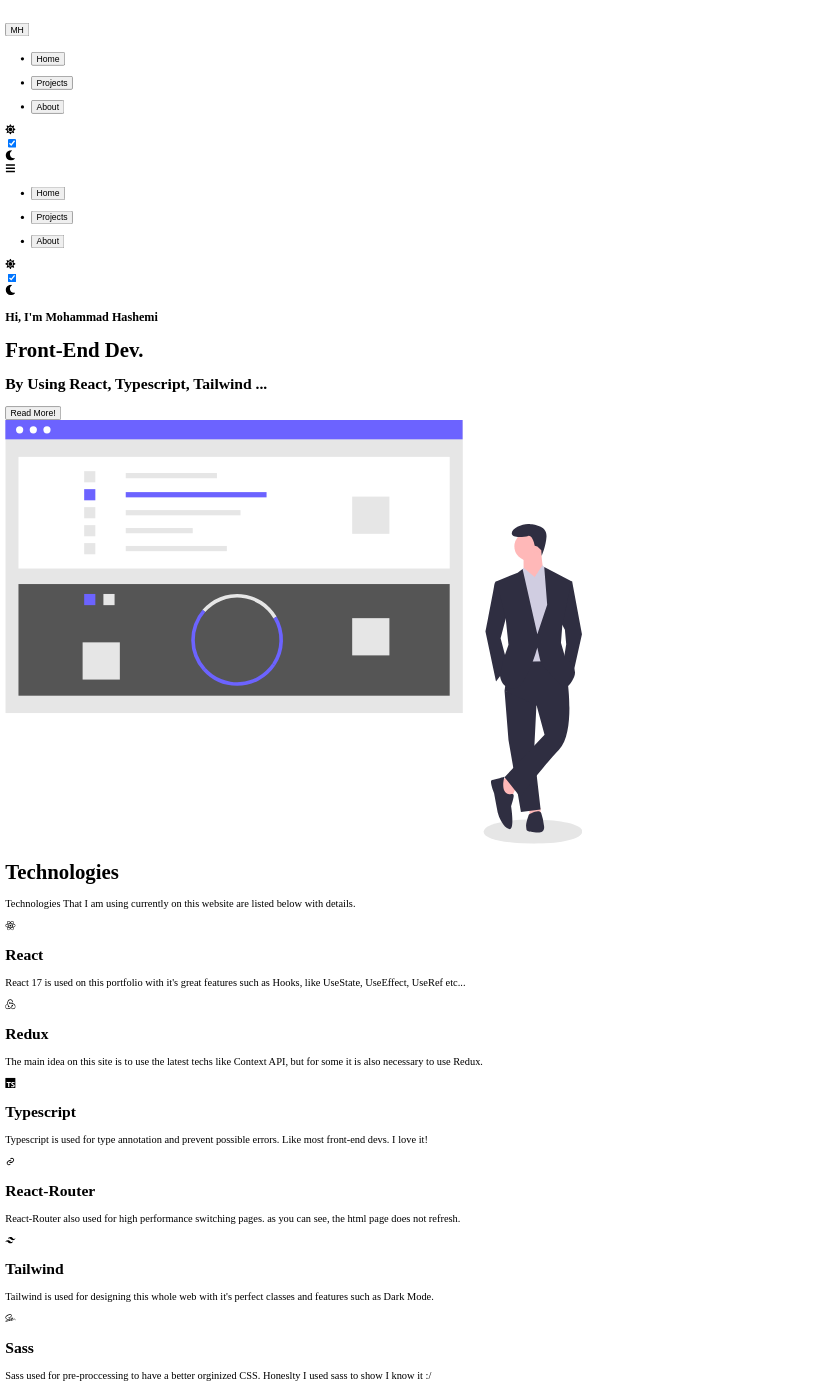
Repository: SMohammadH/react-typescript-tailwind
Page: /
An editor plug-in stored every save of this project. The page is shown before and after a run of saves, followed by the edit.
The browser window is 1280 px wide. The pictures show the whole page, at 65% of full size.
The project was rebuilt for these pictures with package versions that can differ from the ones it lists, and the page was loaded fresh each time. Also part of the build but not shown: craco.config.js.

Above is the page before, as saved 2021-02-05 06:19:35.

### src/index.css
.dark {
  --color-bg-primary: #2d3748;
  --color-bg-secondary: #283141;
  --color-text-primary: #f7fafc;
  --color-text-secondary: #e2e8f0;
  --color-text-accent: #c5b358;
}

.light {
  --color-bg-primary: #ffffff;
  --color-bg-secondary: #edf2f7;
  --color-text-primary: #2d3748;
  --color-text-secondary: #4a5568;
  --color-text-accent: #2b6cb0;
}

@import 'tailwindcss/base';
@import 'tailwindcss/components';
@import 'tailwindcss/utilities';

### src/App.tsx
import './App.css';
import 'tailwindcss/tailwind.css';
import { ThemeProvider } from './dark-mode/themeContext';
import { Navbar } from './components/Navbar';
import { FirstSection } from './components/FirstSection';
import { SecondSection } from './components/SecondSection';

const App: React.FC = () => {
  return (
    <div>
      <ThemeProvider>
        <Navbar />
        <div className="">
          <FirstSection />
          <SecondSection />
        </div>
      </ThemeProvider>
    </div>
  );
};

export default App;

### src/App.css
.font-gold {
  color: #c5b358;
}

### src/dark-mode/themeContext.tsx
import React from 'react';

const getInitialTheme = () => {
  if (typeof window !== 'undefined' && window.localStorage) {
    const storedPrefs = window.localStorage.getItem('color-theme');
    if (typeof storedPrefs === 'string') {
      return storedPrefs;
    }

    const userMedia = window.matchMedia('(prefers-color-scheme: dark)');
    if (userMedia.matches) {
      return 'dark';
    }
  }

  // If you want to use light theme as the default, return "light" instead
  return 'dark';
};

interface IContextProps {
  theme: string;
  setTheme: React.Dispatch<React.SetStateAction<string>>;
}
// Remember if You wanna uncomment above remove null in the next line.
export const ThemeContext = React.createContext({} as IContextProps);

interface ThemeProps {
  initialTheme?: any;
  children: any;
}

export const ThemeProvider: React.FC<ThemeProps> = ({
  initialTheme,
  children,
}) => {
  const [theme, setTheme] = React.useState(getInitialTheme);

  const rawSetTheme = (theme: string) => {
    const root = window.document.documentElement;
    const isDark = theme === 'dark';

    root.classList.remove(isDark ? 'light' : 'dark');
    root.classList.add(theme);

    localStorage.setItem('color-theme', theme);
  };

  if (initialTheme) {
    rawSetTheme(initialTheme);
  }

  React.useEffect(() => {
    rawSetTheme(theme);
  }, [theme]);

  return (
    <ThemeContext.Provider value={{ theme, setTheme }}>
      {children}
    </ThemeContext.Provider>
  );
};

### src/components/Navbar.tsx
import { useState } from 'react';
import { Toggle } from '../dark-mode/toggle';
import { FaBars } from 'react-icons/fa';

export const Navbar = () => {
  const [hidden, setHidden] = useState('');
  const onClick = () => {
    hidden ? setHidden('') : setHidden('hidden');
  };
  return (
    <div className="bg-gray-800 text-gray-100  fixed  w-full z-10">
      <div className="max-w-screen-xl mx-auto px-2 sm:px-6 lg:px-8">
        <div className=" relative flex items-center justify-between h-16">
          <div>
            <h1 className="text-3xl font-gold">
              <button className="focus:outline-none">MH</button>
            </h1>
          </div>

          <div className="hidden md:flex">
            <div className="flex space-x-9 text-lg">
              <ul>
                <li>
                  <button className="hover:text-accent focus:outline-none">
                    Home
                  </button>
                </li>
              </ul>
              <ul>
                <li>
                  <button className="hover:text-accent focus:outline-none">
                    Projects
                  </button>
                </li>
              </ul>
              <ul>
                <li>
                  <button className="hover:text-accent focus:outline-none">
                    About
                  </button>
                </li>
              </ul>
            </div>
            <div className="ml-9 self-center">
              <Toggle />
            </div>
          </div>

          <div className="px-4 cursor-pointer md:hidden">
            <FaBars
              className={`w-10 text-2xl ${
                hidden ? '' : 'text-accent animate-pulse'
              }`}
              onClick={onClick}
            />
          </div>
        </div>
      </div>

      <div className={`${hidden} md:hidden`}>
        <div className="flex flex-col justify-center items-center text-lg space-y-6">
          <ul>
            <li>
              <button className="hover:text-accent focus:outline-none">
                Home
              </button>
            </li>
          </ul>
          <ul>
            <li>
              <button className="hover:text-accent focus:outline-none">
                Projects
              </button>
            </li>
          </ul>
          <ul>
            <li>
              <button className="hover:text-accent focus:outline-none">
                About
              </button>
            </li>
          </ul>
          <div className="pb-6">
            <Toggle />
          </div>
        </div>
      </div>
    </div>
  );
};

### src/components/FirstSection.tsx
import Success from '../svg/success.svg';

export const FirstSection = () => {
  return (
    <div className="bg-primary">
      <div className=" flex justify-between  space-x-20 p-10 pt-40 max-w-screen-xl mx-auto md:flex-row">
        <div className="self-center pb-20 mb-20 space-y-2">
          <h3 className="text-xl">Hi, I'm Mohammad Hashemi</h3>
          <h1 className="text-5xl text-accent">Front-End Dev.</h1>
          <h2 className="text-medium">
            By Using React, Typescript, Tailwind ...
          </h2>
          <button className="btn">Read More!</button>
        </div>
        <div className="">
          <img src={Success} alt="" />
        </div>
      </div>
    </div>
  );
};

### src/components/SecondSection.tsx
import { Card } from './Card';
import { FaSass } from 'react-icons/fa';
import { SiTypescript, SiTailwindcss, SiRedux, SiReact } from 'react-icons/si';
import { BiLink } from 'react-icons/bi';

const text = [
  {
    react: `React 17 is used on this portfolio with it's great features such as Hooks, like UseState, UseEffect, UseRef etc...`,
  },
  {
    redux:
      'The main idea on this site is to use the latest techs like Context API, but for some it is also necessary to use Redux.',
  },
  {
    typescript:
      'Typescript is used for type annotation and prevent possible errors. Like most front-end devs. I love it!',
  },
  {
    reactRouter:
      'React-Router also used for high performance switching pages. as you can see, the html page does not refresh.',
  },
  {
    tailwind: `Tailwind is used for designing this whole web with it's perfect classes and features such as Dark Mode.`,
  },
  {
    sass:
      'Sass used for pre-proccessing to have a better orginized CSS. Honeslty I used sass to show I know it :/',
  },
];
console.log(text[0].react);

export const SecondSection = () => {
  return (
    <div className="bg-secondary text-secondary">
      <div className="max-w-screen-xl mx-auto px-5 py-24">
        <div className="text-center mb-20">
          <h1 className="text-accent mb-4 text-4xl leading-10 tracking-tight sm:text-5xl sm:leading-none md:text-6xl">
            Technologies
          </h1>
          <p className="text-base leading-relaxed xl:w-2/4 lg:w-3/4 mx-auto">
            Technologies That I am using currently on this website are listed
            below with details.
          </p>
          <div className="flex mt-6 justify-center">
            <div className="w-16 h-1 rounded-full bg-indigo-500 inline-flex"></div>
          </div>
        </div>
        <div className="flex flex-wrap sm:-m-4 -mx-4 -mb-10 -mt-4">
          <Card
            Img={SiReact}
            imgSize={10}
            header="React"
            imgColor="blue-600"
            imgBack="blue"
            text={text[0].react}
          />
          <Card
            Img={SiRedux}
            imgSize={10}
            header="Redux"
            imgColor="purple-500"
            imgBack="purple"
            text={text[1].redux}
          />
          <Card
            Img={SiTypescript}
            imgSize={7}
            header="Typescript"
            imgColor="blue-700"
            imgBack="blue"
            text={text[2].typescript}
          />

          <Card
            Img={BiLink}
            imgSize={10}
            header="React-Router"
            imgColor="red-600"
            imgBack="red"
            text={text[3].reactRouter}
          />
          <Card
            Img={SiTailwindcss}
            imgSize={10}
            header="Tailwind"
            imgColor="green-500"
            imgBack="green"
            text={text[4].tailwind}
          />

          <Card
            Img={FaSass}
            imgSize={10}
            header="Sass"
            imgColor="pink-600"
            imgBack="pink"
            text={text[5].sass}
          />
        </div>
      </div>
    </div>
  );
};

### src/dark-mode/toggle.tsx
import React from 'react';
import { ThemeContext } from './themeContext';
import './toggle.css';
import { FaSun } from 'react-icons/fa';
import { FaMoon } from 'react-icons/fa';

export const Toggle = () => {
  const { theme, setTheme } = React.useContext(ThemeContext);

  const isDark = () => {
    return theme === 'dark';
  };

  return (
    <label className="flex items-center cursor-pointer">
      <div className="ml-3 font-medium mr-3">
        {theme === 'light' ? (
          <FaSun className="text-yellow-100 text-2xl" />
        ) : (
          <FaSun className="text-gray-400" />
        )}
      </div>
      <div className="relative">
        <input
          type="checkbox"
          className="hidden"
          checked={isDark()}
          onChange={e => setTheme(e.target.checked ? 'dark' : 'light')}
        />
        <div className="toggle__line w-10 h-4 bg-gray-400 rounded-full shadow-inner"></div>
        <div className="toggle__dot absolute w-6 h-6 bg-white rounded-full shadow inset-y-0 left-0"></div>
      </div>

      <div className="ml-3 ">
        {theme === 'light' ? (
          <FaMoon className="text-gray-400" />
        ) : (
          <FaMoon className="text-blue-100 text-xl" />
        )}
      </div>
    </label>
  );
};

### src/components/Card.tsx
interface Props {
  Img: any;
  imgSize: number;
  imgColor: string;
  imgBack: string;
  header: string;
  text?: string;
}

export const Card: React.FC<Props> = ({
  Img,
  imgSize,
  imgColor,
  imgBack,
  header,
  text,
}) => {
  return (
    <div className="relative max-w-sm md:max-w-xs mx-auto">
      <div
        className={`absolute mr-2 ml-8 mb-11 inset-0 bg-gradient-to-r from-${imgBack}-200 to-${imgBack}-400 dark:from-gray-800 dark:to-${imgBack}-900 shadow-lg transform -skew-y-3 sm:skew-y-0 sm:-rotate-6 rounded-3xl`}
      ></div>
      <div className="relative py-7 px-2 md:mb-0 flex flex-col ">
        <div className="px-4 py-10 mr-6 bg-primary text-primary shadow-lg rounded-3xl transform translate-x-6 -translate-y-6  ">
          <div
            className={`inline-flex w-12 h-12 rounded-full items-center justify-center bg-${imgBack}-100 text-${imgColor} mb-4 flex-shrink-0 p-2`}
          >
            <Img className={`w-${imgSize} h-${imgSize}`} />
            {/* className="w-6 h-6"
              fill="none"
              stroke="currentColor"
              viewBox="0 0 24 24"
              xmlns="http://www.w3.org/2000/svg"
            >
              <path
                stroke-linecap="round"
                stroke-linejoin="round"
                stroke-width="2"
                d="M7 21a4 4 0 01-4-4V5a2 2 0 012-2h4a2 2 0 012 2v12a4 4 0 01-4 4zm0 0h12a2 2 0 002-2v-4a2 2 0 00-2-2h-2.343M11 7.343l1.657-1.657a2 2 0 012.828 0l2.829 2.829a2 2 0 010 2.828l-8.486 8.485M7 17h.01"
              ></path>
            </Img> */}
          </div>
          <div className="flex-grow ">
            <h2 className="text-primary text-xl title-font font-medium mb-3">
              {header}
            </h2>
            <p className="leading-relaxed text-sm text-justify">{text}</p>
          </div>
        </div>
      </div>
    </div>
  );
};

### src/dark-mode/toggle.css
.toggle__dot {
  top: -0.25rem;
  left: -0.25rem;
  transition: all 0.3s ease-in-out;
}

input:checked ~ .toggle__dot {
  transform: translateX(100%);
  background-color: #48bb78;
}

### tailwind.config.js
module.exports = {
  purge: [],
  darkMode: 'class', // or 'media' or 'class'
  theme: {
    extend: {
      backgroundColor: {
        primary: 'var(--color-bg-primary)',
        secondary: 'var(--color-bg-secondary)',
      },
      textColor: {
        accent: 'var(--color-text-accent)',
        primary: 'var(--color-text-primary)',
        secondary: 'var(--color-text-secondary)',
      },
    },
  },
  variants: {
    extend: {},
  },
  plugins: [],
};

Loaded but not shown: public/index.html (common file); src/index.tsx (common file)

After the next 3 saves:
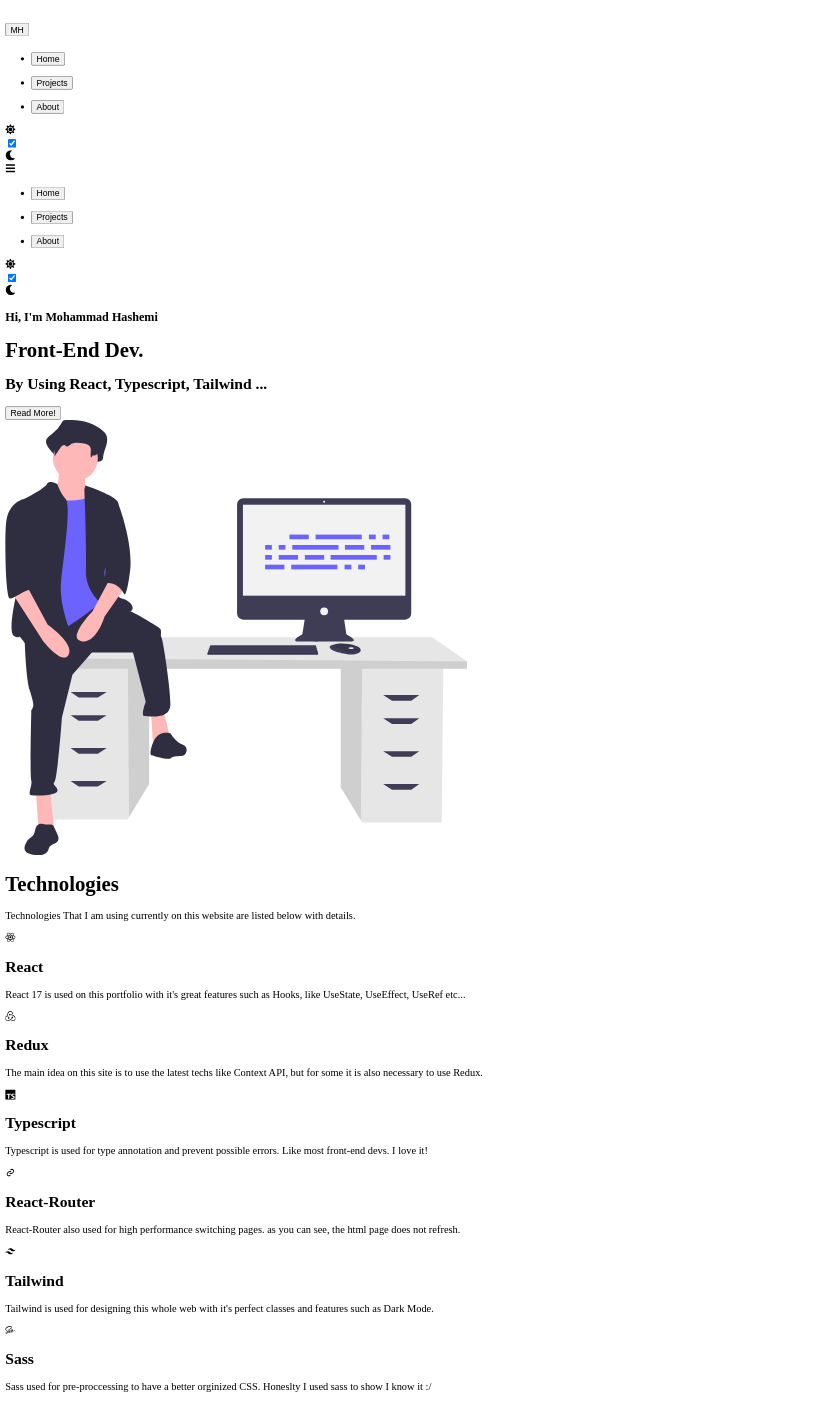
The 3 saves are shown as one change because they came seconds apart.
The last was saved 6 min 6 s later.
--- a/src/components/FirstSection.tsx
+++ b/src/components/FirstSection.tsx
@@ -1,4 +1,4 @@
-import Success from '../svg/success.svg';
+import Proud from '../svg/proud.svg';
 
 export const FirstSection = () => {
   return (
@@ -13,7 +13,7 @@ export const FirstSection = () => {
           <button className="btn">Read More!</button>
         </div>
         <div className="">
-          <img src={Success} alt="" />
+          <img src={Proud} alt="" />
         </div>
       </div>
     </div>
